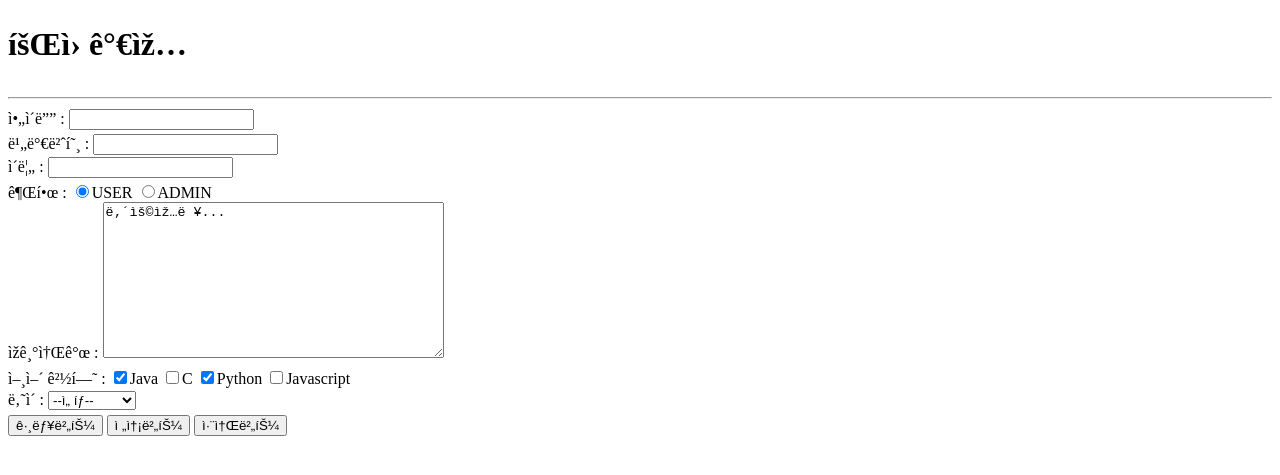
Repository: serim53/JSPStudy
Page: http://localhost/BoardWeb_JSP_/insertUser.jsp
The author's editor kept a copy of each file at every save. The page is drawn from the files as they stood at one save, then again after the next save.
The browser window is 1280 px wide. The pictures show the whole page.
The page is served by Tomcat 10. Other server files are loaded and not shown.

Above is the page before, as saved 2025-07-08 04:47:12.

### BoardWeb(JSP)/src/main/webapp/insertUser.jsp
<!DOCTYPE html PUBLIC "-//W3C//DTD HTML 4.01 Transitional//EN" "http://www.w3.org/TR/html4/loose.dtd">
<html>
<head>
<meta http-equiv="Content-Type" content="text/html; charset=UTF-8">
<title>회원가입</title>
</head>
<body>
<h1>회원 가입</h1>
<hr>
아이디 : <input type="text" size="20"/><br>
비밀번호 : <input type="password" size="20"/><br>
이름 : <input type="text"/><br>
권한 : <input name="role" type="radio" checked/>USER
      <input name="role" type="radio"/>ADMIN<br>
자기소개 : <textarea rows="10" cols="40">내용입력...</textarea><br>
언어 경험 : <input type="checkbox" checked/>Java
		  <input type="checkbox"/>C
		  <input type="checkbox" checked/>Python
		  <input type="checkbox"/>Javascript<br>
나이 : <select>
		<option>--선택--
		<option>10대
		<option>20대
		<option>30대
		<option>40대
		<option>50대
		<option>60대 이상
	  </select><br>
<input type="button" value="그냥버튼"/>
<input type="submit" value="전송버튼"/>
<input type="reset" value="취소버튼"/>
</body>
</html>

After the next save:
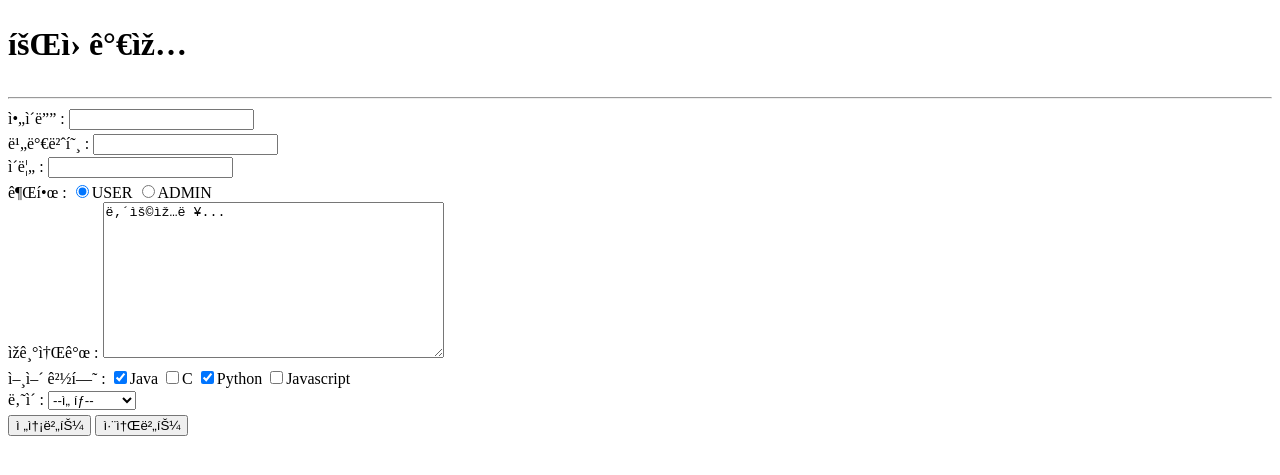
Saved 3 min 2 s later.
--- a/BoardWeb(JSP)/src/main/webapp/insertUser.jsp
+++ b/BoardWeb(JSP)/src/main/webapp/insertUser.jsp
@@ -7,6 +7,7 @@
 <body>
 <h1>회원 가입</h1>
 <hr>
+<form action="insertUser.do" method="get"></form>
 아이디 : <input type="text" size="20"/><br>
 비밀번호 : <input type="password" size="20"/><br>
 이름 : <input type="text"/><br>
@@ -26,8 +27,8 @@
 		<option>50대
 		<option>60대 이상
 	  </select><br>
-<input type="button" value="그냥버튼"/>
 <input type="submit" value="전송버튼"/>
 <input type="reset" value="취소버튼"/>
+</form>
 </body>
 </html>
